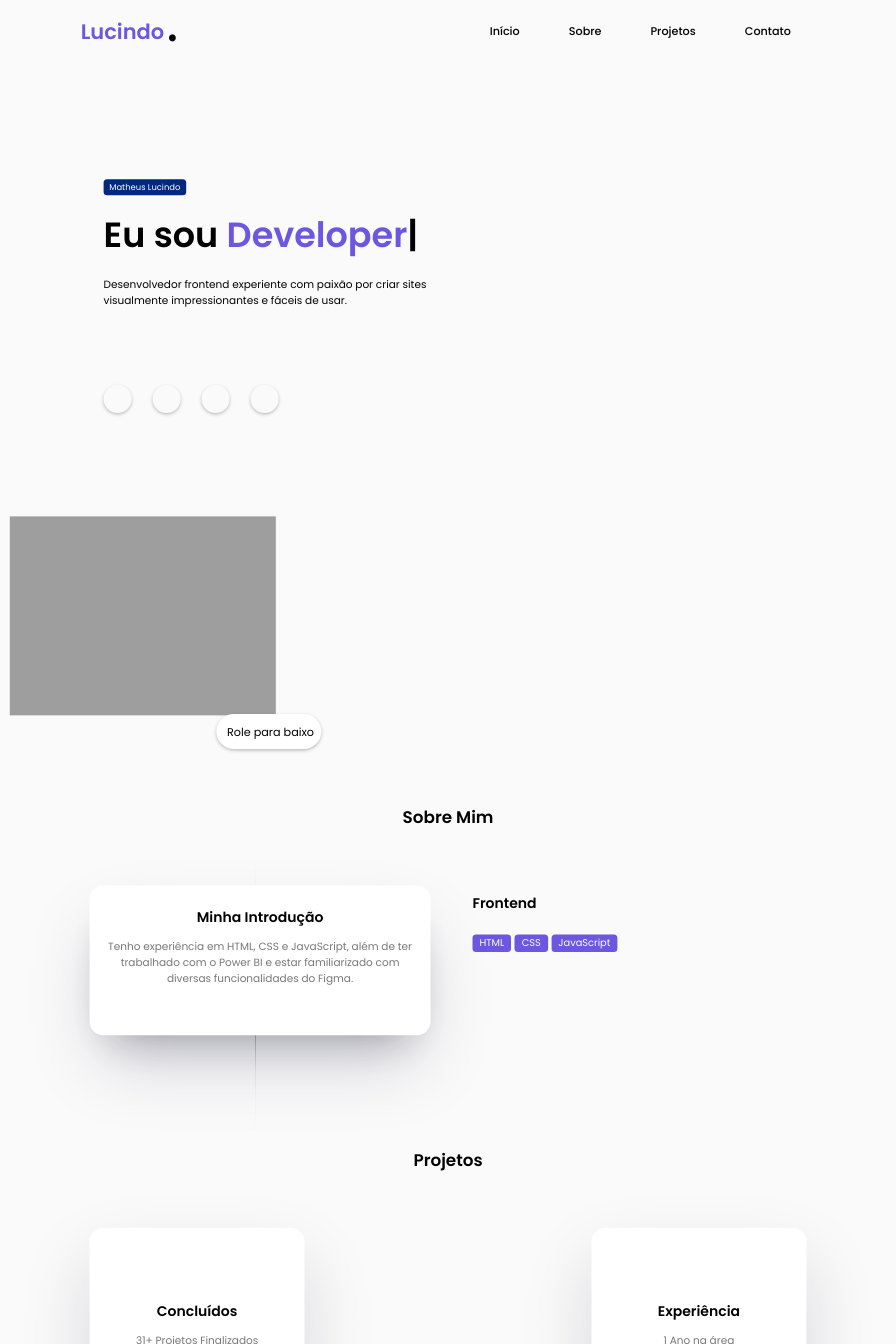
Repository: Matheus904-12/PrePortf
Page: index.html
An editor plug-in stored every save of this project. The page is shown before and after a run of saves, followed by the edit.
The browser window is 1280 px wide. The pictures show the part of the page from y = 0 to 1920 px (the page is 3033 px tall), at 70% of full size.
Pictures or frames that could not be fetched are drawn as grey boxes. Some icons come from a web library that is not loaded, so they are not drawn.

Above is the page before, as saved 2023-09-29 12:23:04.

After the next 2 saves:
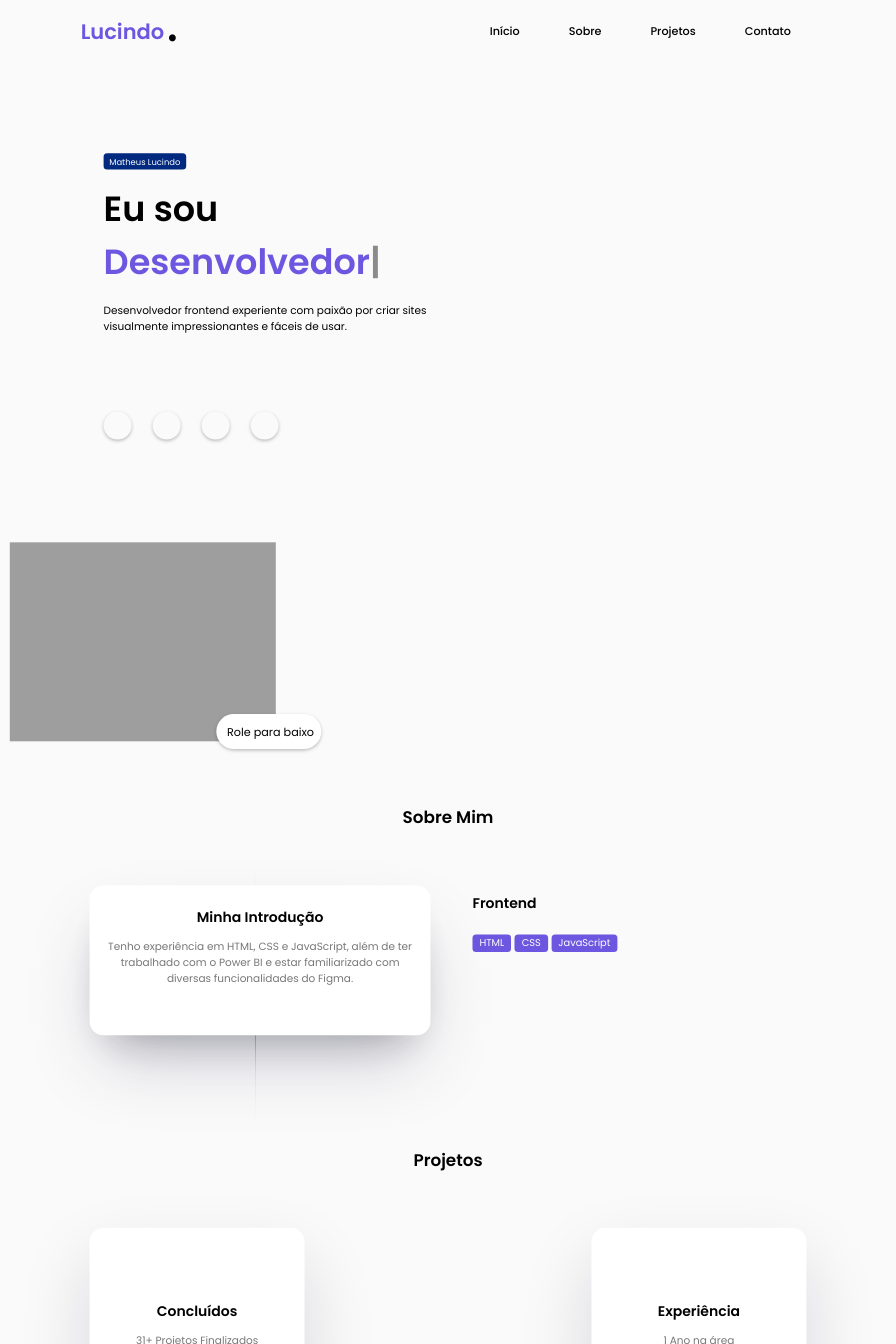
The 2 saves are shown as one change because they came seconds apart.
The last was saved 13 s later.
--- a/script.js
+++ b/script.js
@@ -33,7 +33,7 @@ function headerShadow() {
 
 /* ----- TYPING EFFECT ----- */
 let typingEffect = new Typed(".typedText",{
-  strings : ["Designer","Developer"],
+  strings : ["Designer","Desenvolvedor",],
   loop : true,
   typeSpeed : 100,
   backSpeed : 80,
